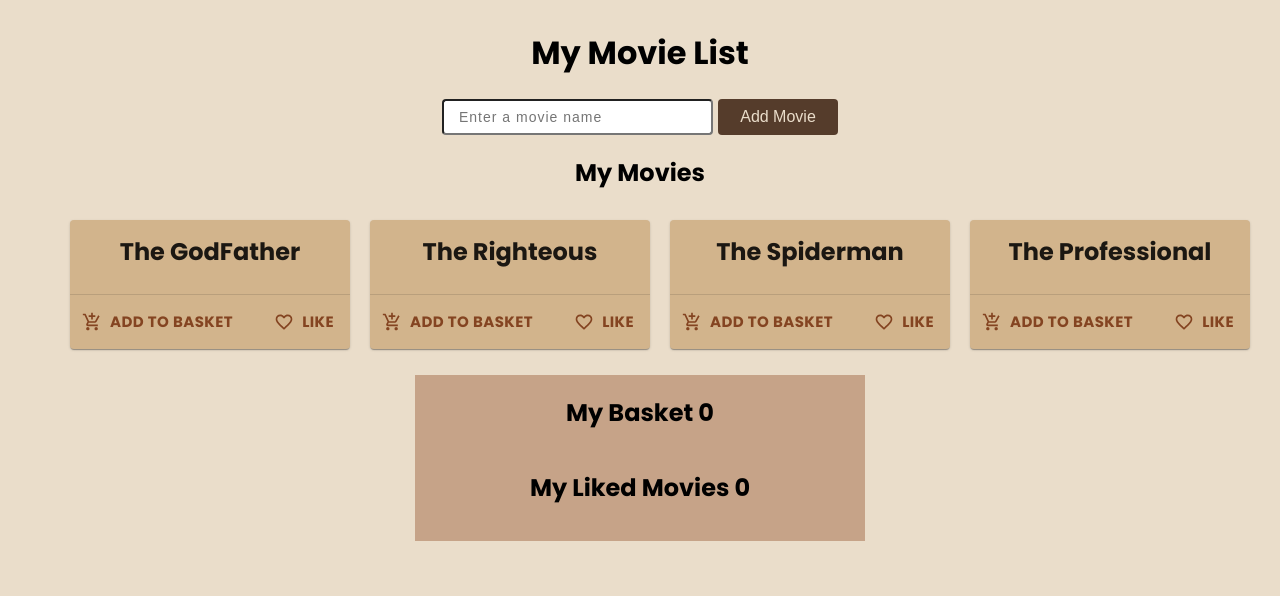
Repository: sinchana-p-iVoyant/redux-movie-store
Page: /
An editor plug-in stored every save of this project. The page is shown before and after the next save, followed by the edit.
The browser window is 1280 px wide. The pictures show the whole page.
The project was rebuilt for these pictures with package versions that can differ from the ones it lists, and the page was loaded fresh each time. Also part of the build but not shown: vite.config.ts.

Above is the page before, as saved 2024-02-15 13:09:40.

After the next save:
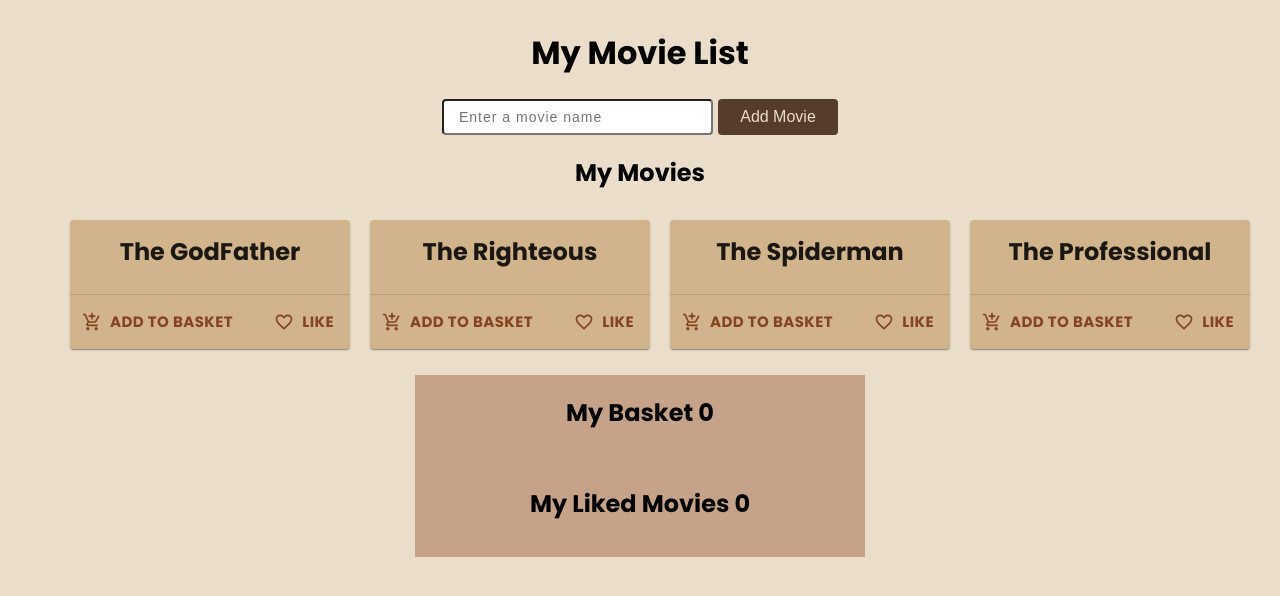
Saved 10 s later.
--- a/src/App.css
+++ b/src/App.css
@@ -91,7 +91,7 @@ input {
 
 }
 
-.liked-container-list {
+.basket-container-list, .liked-container-list {
   display: flex;
   flex-direction: column;
   justify-content: center;
